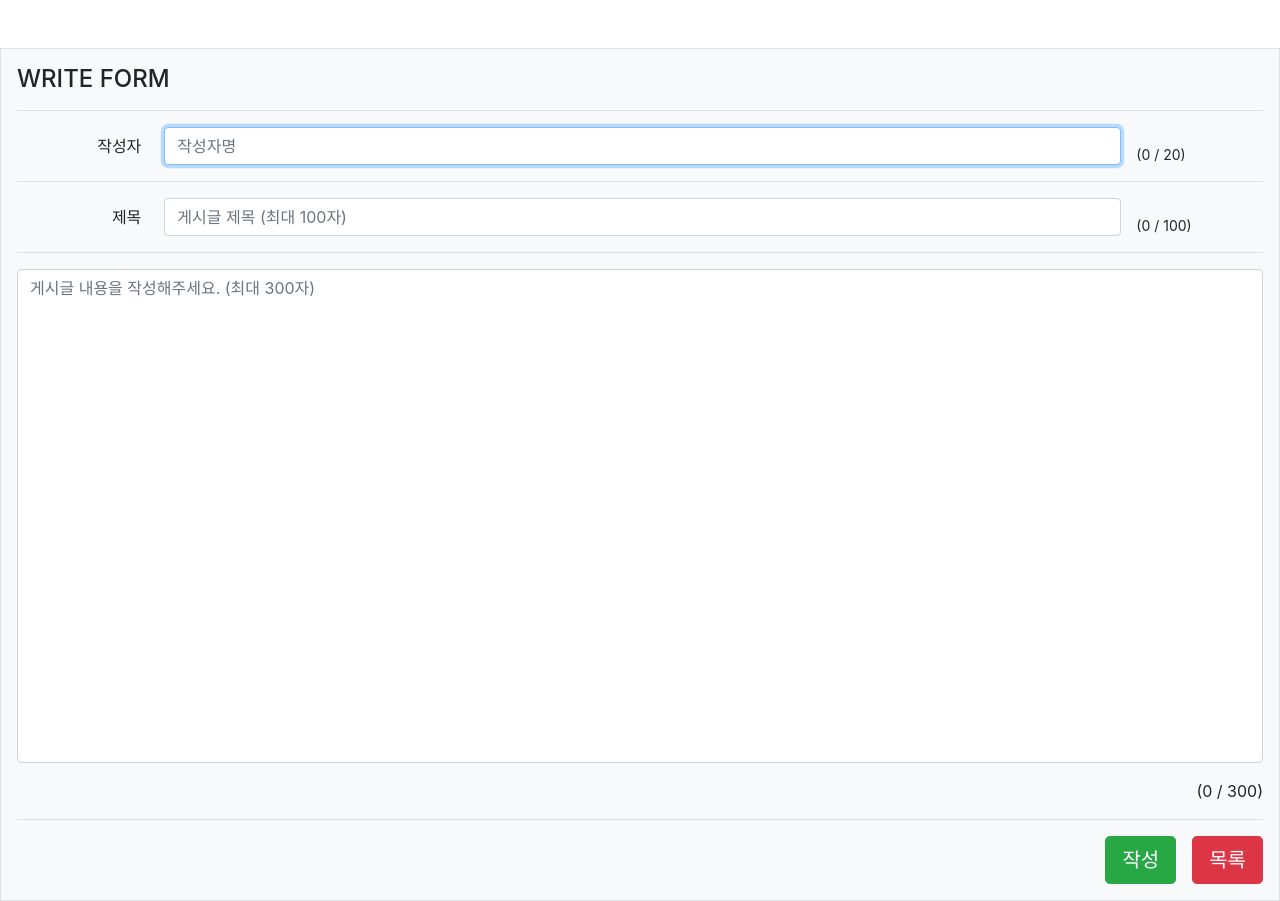
Repository: rasz60/ezen
Page: http://localhost/jspMVC/
The author's editor kept a copy of each file at every save. The page is drawn from the files as they stood at one save, then again after a run of saves.
The browser window is 1280 px wide. The pictures show the whole page.
Some web libraries are served in a nearby version. The page is served by Tomcat 9.

Above is the page before, as saved 2022-02-15 05:15:37.

After the next 3 saves:
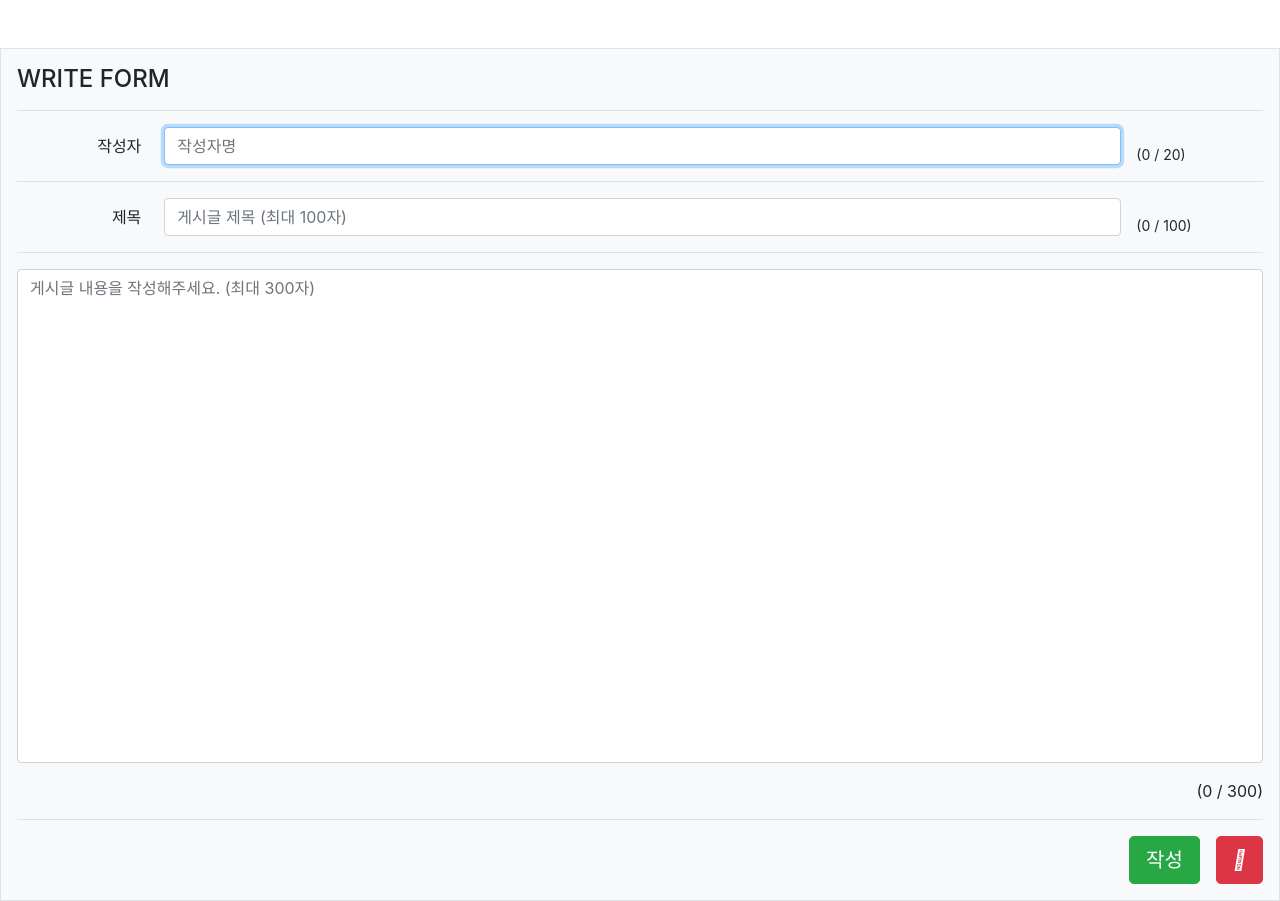
The 3 saves are shown as one change because they came seconds apart.
The last was saved 2 min 10 s later.
--- a/04_jsp_servlet-workspace/jspMVC/src/main/webapp/writeForm.jsp
+++ b/04_jsp_servlet-workspace/jspMVC/src/main/webapp/writeForm.jsp
@@ -58,7 +58,7 @@ textarea {
 		<hr />
 		<div class="d-flex justify-content-end">
 			<input type="submit" value="작성" class="btn btn-success btn-lg mr-3" onclick="return checkWrite()" />
-			<a href="list.do"><input type="button" value="목록" class="btn btn-danger btn-lg" ></a>
+			<a href="list.do"><i class="btn btn-danger btn-lg fa-solid fa-align-justify"></i></a>
 		</div>
 	</form>
 </div>
